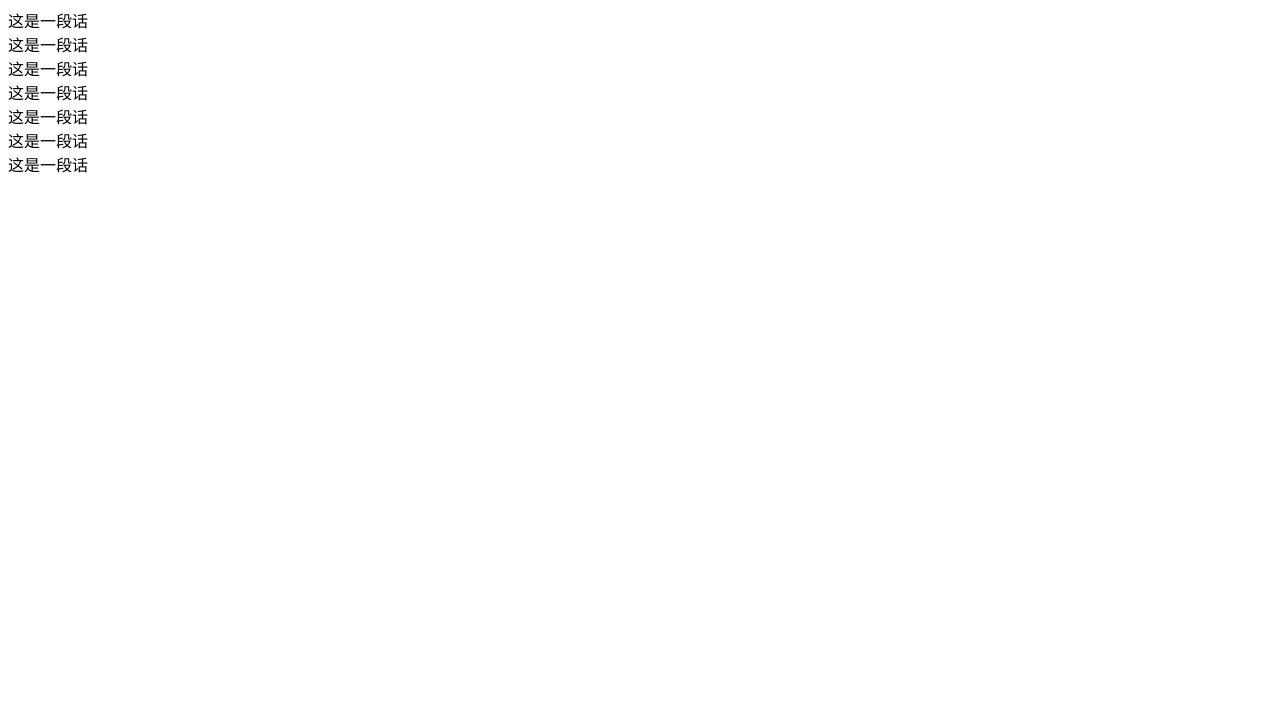
Repository: ls02/VSCode
Page: Java/2022/7-21-1/Test4.html
These files come from the project's save history. The page is drawn as it stood at one moment and after the next save; the edit follows.
The browser window is 1280 px wide. The pictures show the whole page.

Above is the page before, as saved 2022-07-21 17:21:19.

### Java/2022/7-21-1/Test4.html
<!--
 * @Author: ls02 <2877455773@qq.com>
 * @Date: 2022-07-21 17:19:04
 * @LastEditors: ls02 <2877455773@qq.com>
 * @LastEditTime: 2022-07-21 17:21:19
 * @FilePath: \Java\2022\7-21-1\Test4.html
 * @Description:
 *
 * Copyright (c) 2022 by ${ls02 <2877455773@qq.com>}, All Rights Reserved.
-->
<!DOCTYPE html>
<html lang="en">
<head>
    <meta charset="UTF-8">
    <meta http-equiv="X-UA-Compatible" content="IE=edge">
    <meta name="viewport" content="width=device-width, initial-scale=1.0">
    <title>Document</title>
</head>
<body>
    <div class="container">
        这是一段话 <br>
        这是一段话 <br>
        这是一段话 <br>
        这是一段话 <br>
        这是一段话 <br>
        这是一段话 <br>
        这是一段话 <br>
    </div>

    <style>
        html, body {
            height: 100%;
        }

        .container {
            width: 100%;
            height: 100%;
        }

        .light {
            background-color: #f3f3f3;
            color: #333;
        }

        .dark {
            background-color: #333;
            color: #f3f3f3;
        }
    </style>
</body>
</html>

After the next save:
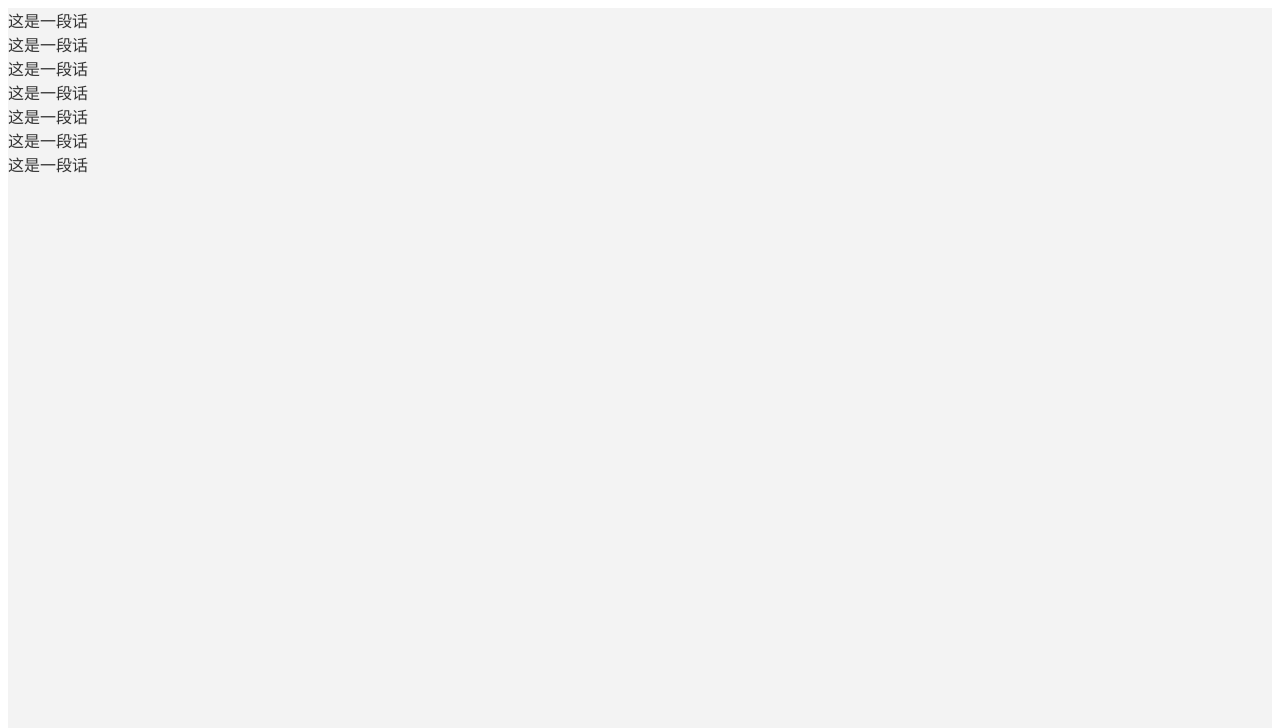
Saved 9 s later.
--- a/Java/2022/7-21-1/Test4.html
+++ b/Java/2022/7-21-1/Test4.html
@@ -17,7 +17,7 @@
     <title>Document</title>
 </head>
 <body>
-    <div class="container">
+    <div class="container light">
         这是一段话 <br>
         这是一段话 <br>
         这是一段话 <br>
